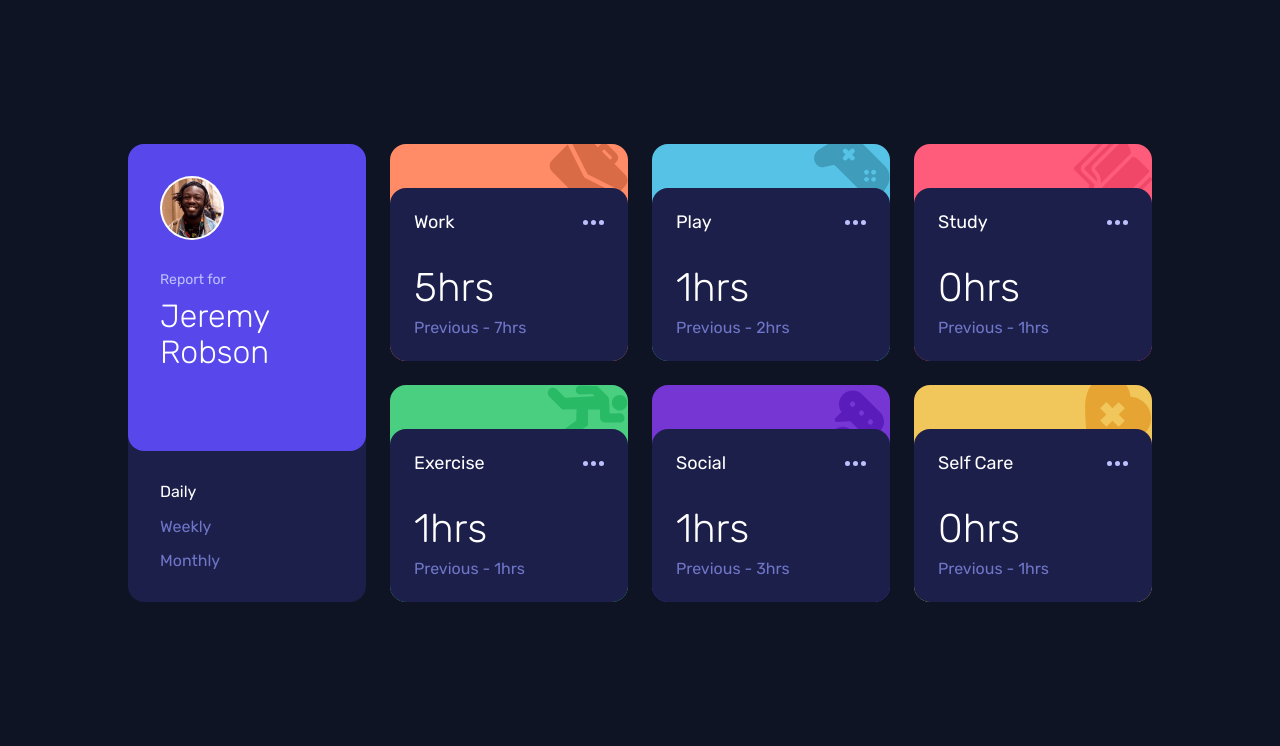
Repository: Jay-JYKim91/FM_time-tracking-dashboard
Page: index.html
An editor plug-in stored every save of this project. The page is shown before and after the next save, followed by the edit.
The browser window is 1280 px wide. The pictures show the whole page.

Above is the page before, as saved 2021-12-16 22:28:44.

After the next save:
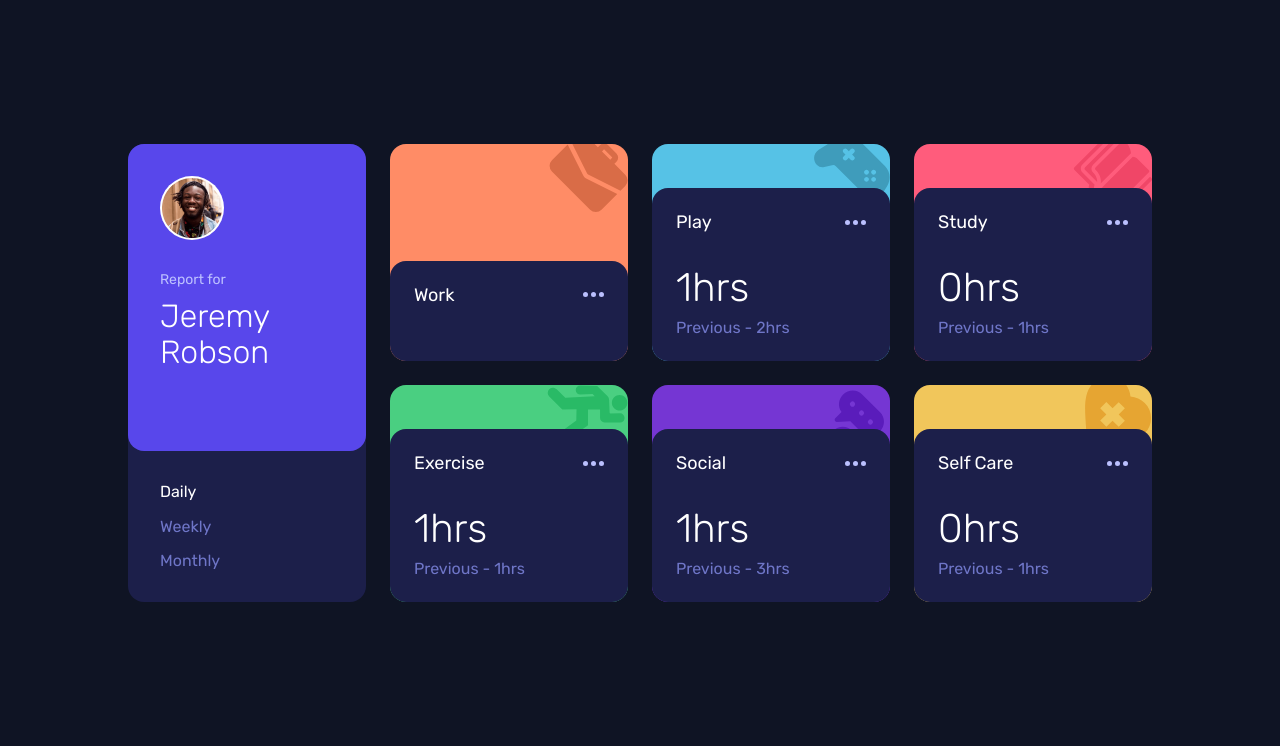
Saved 4 min 11 s later.
--- a/index.html
+++ b/index.html
@@ -44,8 +44,8 @@
           <p class="title">Work</p>
           <img src="./images/icon-ellipsis.svg" alt="ellipsis">
         </div>
-        <p class="time">5hrs</p>
-        <p class="previous-time">Previous - 7hrs</p>
+        <p class="time"></p>
+        <p class="previous-time"></p>
       </div>
     </article>
     <article class="card feature-card play-bg">
